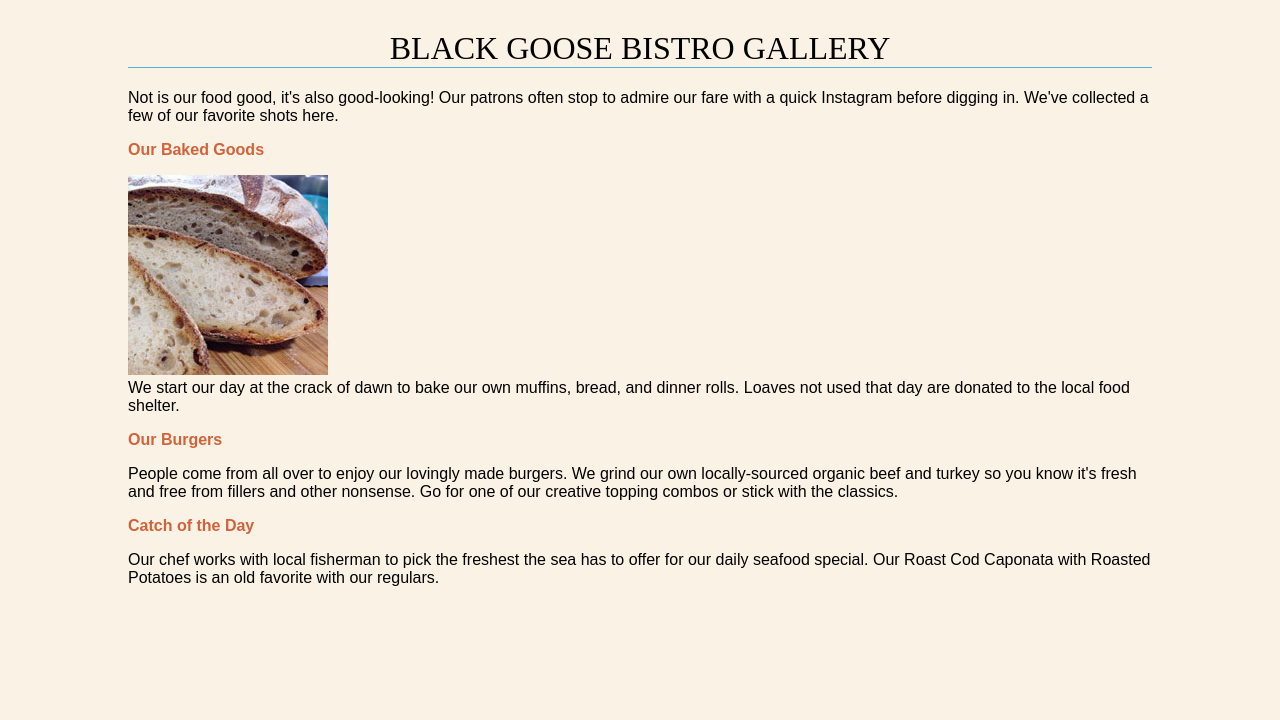
Repository: Colo-Codes/code-practice
Page: gallery/index.html
An editor plug-in stored every save of this project. The page is shown before and after the next save, followed by the edit.
The browser window is 1280 px wide. The pictures show the whole page.

Above is the page before, as saved 2021-04-27 09:32:58.

After the next save:
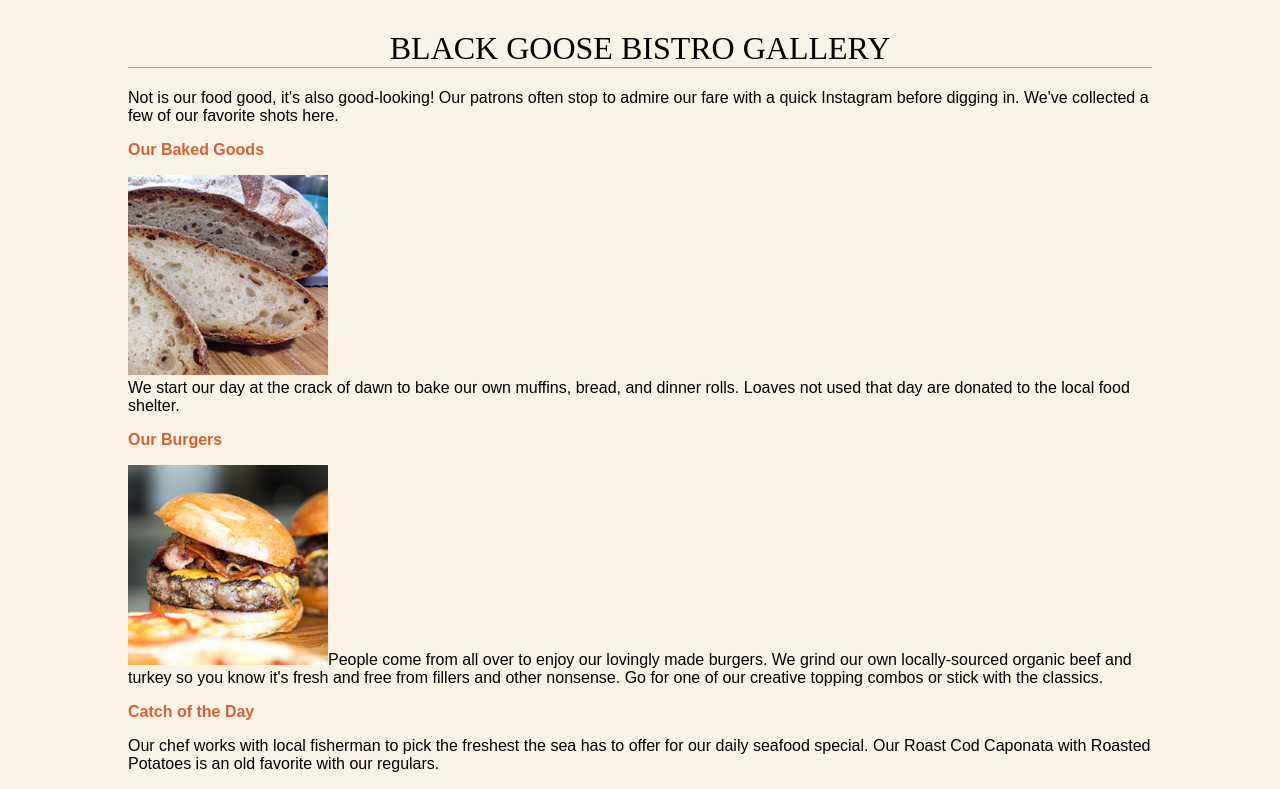
Saved 4 h 20 min later.
--- a/gallery/index.html
+++ b/gallery/index.html
@@ -39,7 +39,7 @@ h2 {
 We start our day at the crack of dawn to bake our own muffins, bread, and dinner rolls. Loaves not used that day are donated to the local food shelter. </p>
 
 <h2>Our Burgers</h2>
-<p>People come from all over to enjoy our lovingly made burgers. We grind our own locally-sourced organic beef and turkey so you know it's fresh and free from fillers and other nonsense. Go for one of our creative topping combos or stick with the classics. </p>
+<p><img src="thumbnails/burgers-200.jpg" alt="A tasty burger with bacon and cheese.">People come from all over to enjoy our lovingly made burgers. We grind our own locally-sourced organic beef and turkey so you know it's fresh and free from fillers and other nonsense. Go for one of our creative topping combos or stick with the classics. </p>
 
 <h2>Catch of the Day</h2>
 <p>Our chef works with local fisherman to pick the freshest the sea has to offer for our daily seafood special. Our Roast Cod Caponata with Roasted Potatoes is an old favorite with our regulars.</p>
